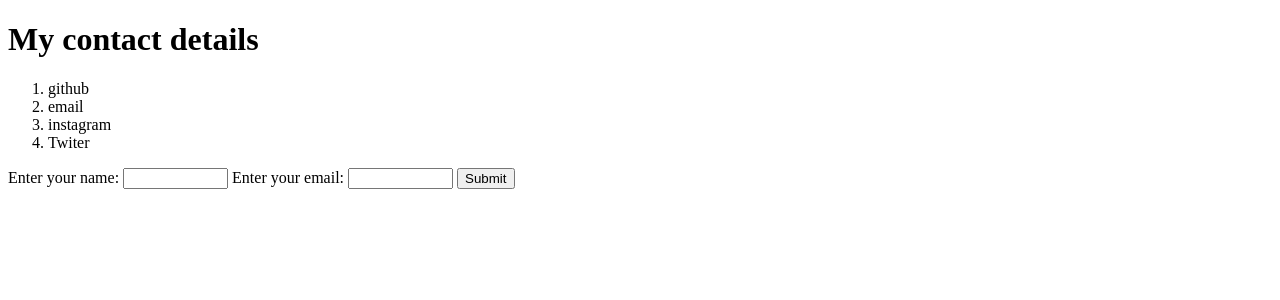
Repository: ew-code/Web-Development
Page: HTML - Personal Site/contact.html
These files come from the project's save history. The page is drawn as it stood at one moment and after the next save; the edit follows.
The browser window is 1280 px wide. The pictures show the whole page.

Above is the page before, as saved 2021-01-04 22:55:14.

After the next save:
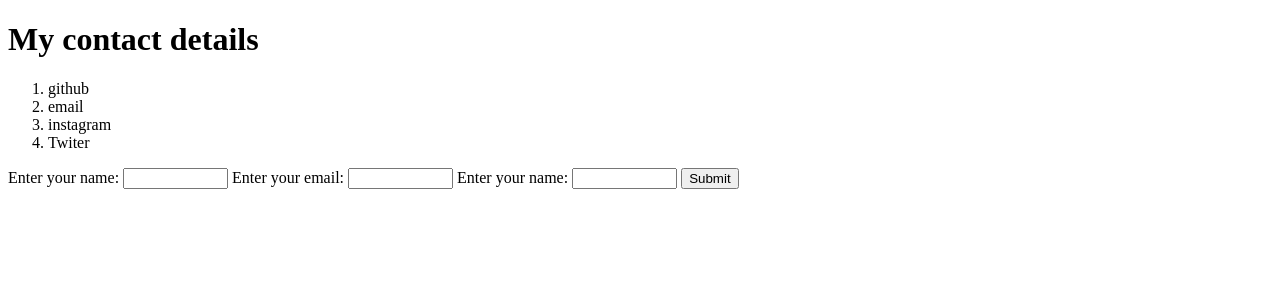
Saved 12 s later.
--- a/HTML - Personal Site/contact.html
+++ b/HTML - Personal Site/contact.html
@@ -22,7 +22,8 @@
     <input type="text" name="name" id="name" required minlength="4" maxlength="50" size="10">
     <label for="email">Enter your email:</label>
     <input type="email" name="email" id="email" required minlength="4" maxlength="50" size="10">
-
+     <label for="name">Enter your name:</label>
+ <input type="text" name="name" id="name" required minlength="4" maxlength="50" size="10">
     <input type="submit">
   </form>
 
